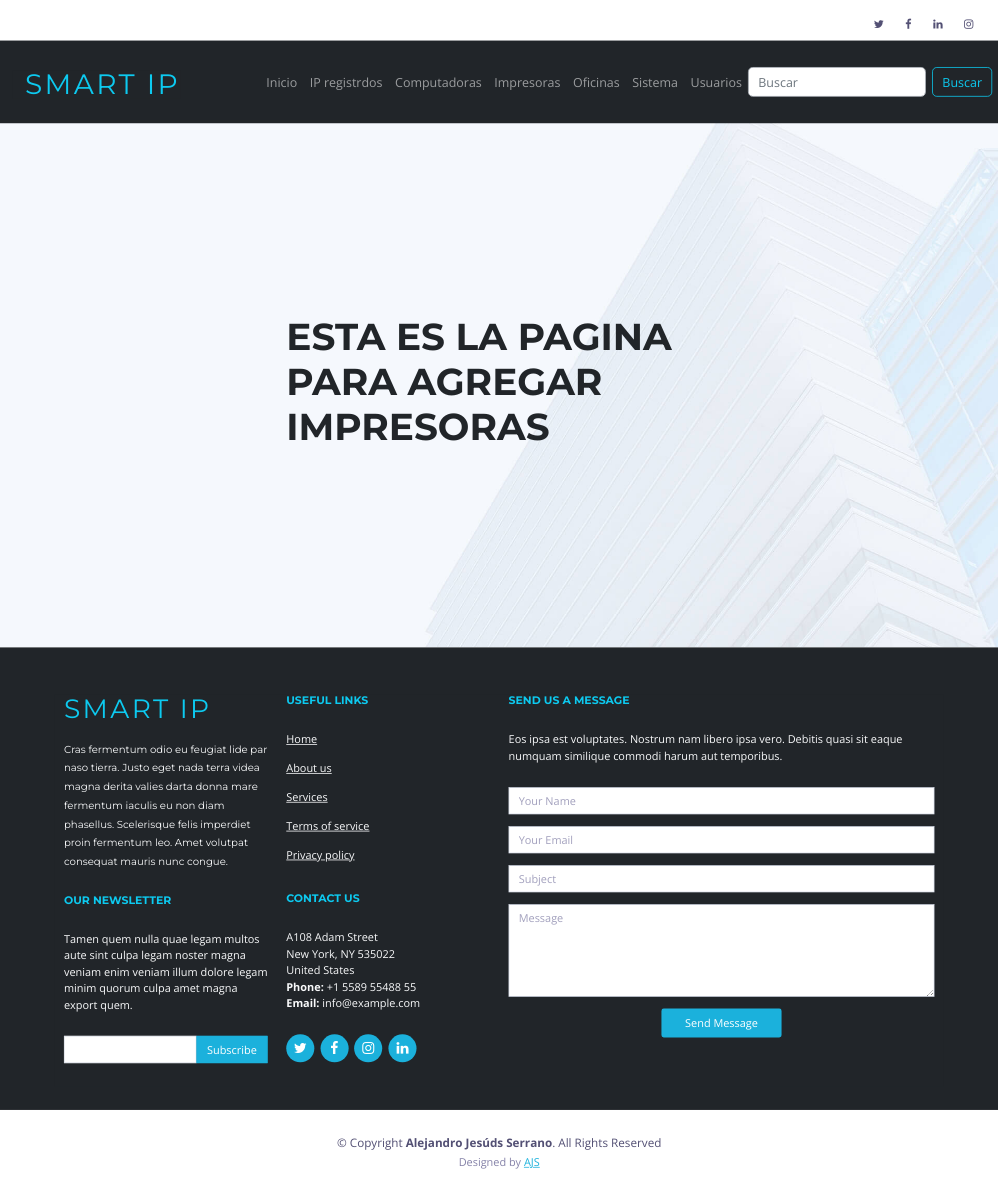
Repository: AlejandroJesusSerrano/SmartIPs
Page: smartip/smartipnav/templates/smartipnav/printer_form.html
These files come from the project's save history. The page is drawn as it stood at one moment and after the next save; the edit follows.
The browser window is 1280 px wide. The pictures show the whole page, at 78% of full size.
The page is served by the project's application, run on Django 4.2 (smartip/manage.py). The template is opened directly, without the code that normally fills it, so the values that code supplies are empty.

Above is the page before, as saved 2022-11-12 20:42:49.

After the next save:
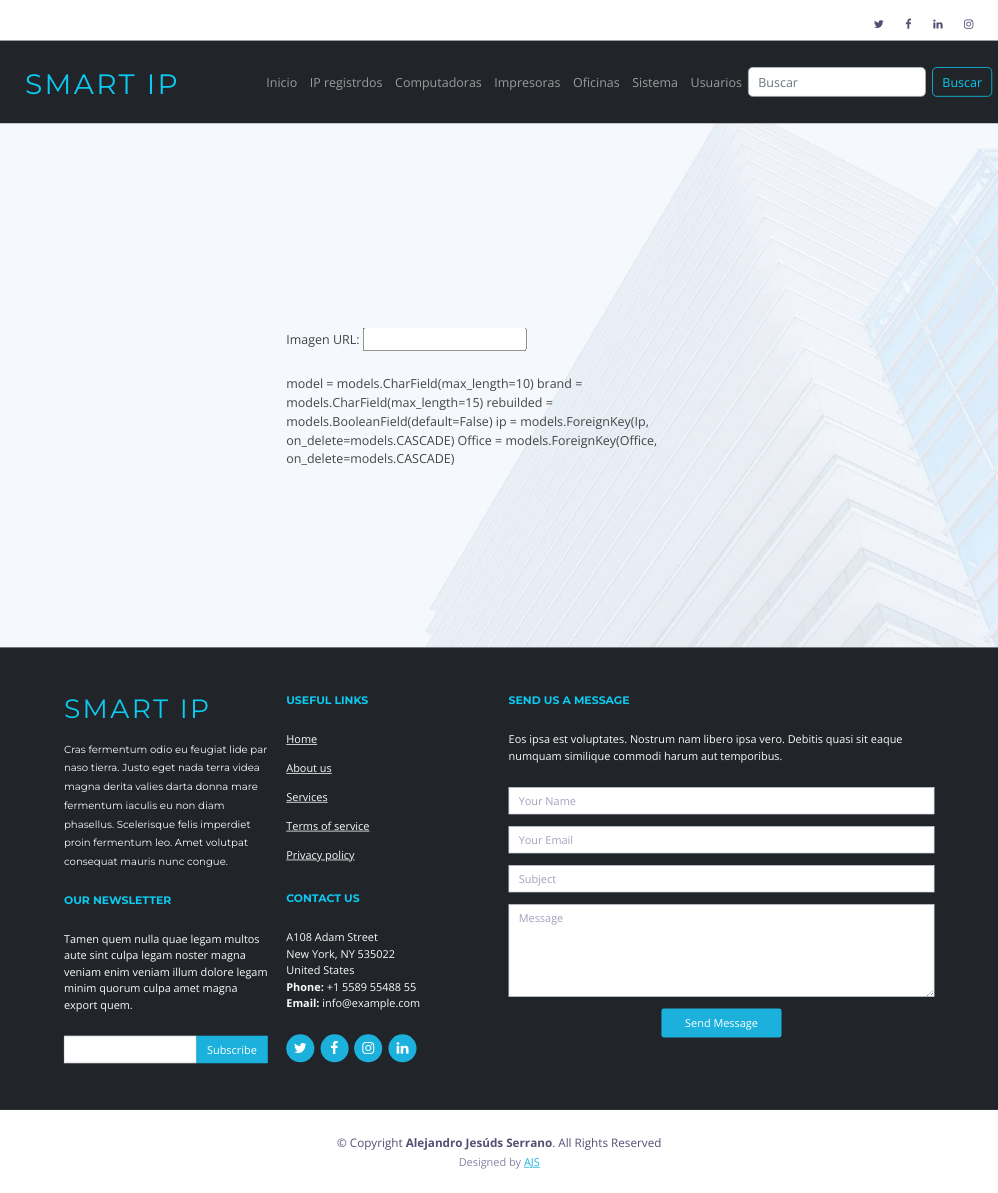
Saved 8 min 5 s later.
--- a/smartip/smartipnav/templates/smartipnav/printer_form.html
+++ b/smartip/smartipnav/templates/smartipnav/printer_form.html
@@ -5,9 +5,16 @@
     <div class="container d-flex h-100">
         <div class="row justify-content-center align-self-center">
             <div class="col-md-6 intro-info order-md-first order-last">
-                <h2 class="text-dark">ESTA ES LA PAGINA PARA AGREGAR IMPRESORAS </h2>
+                <form action="" method="post">
+                    <p>Imagen URL: <input type="url" name="printer_image" id="printer_add"></p>
+
+        model = models.CharField(max_length=10)
+        brand = models.CharField(max_length=15)
+        rebuilded = models.BooleanField(default=False)
+        ip = models.ForeignKey(Ip, on_delete=models.CASCADE)
+        Office = models.ForeignKey(Office, on_delete=models.CASCADE)
+                </form>
             </div>
         </div>
     </div>
-
 {% endblock %}
